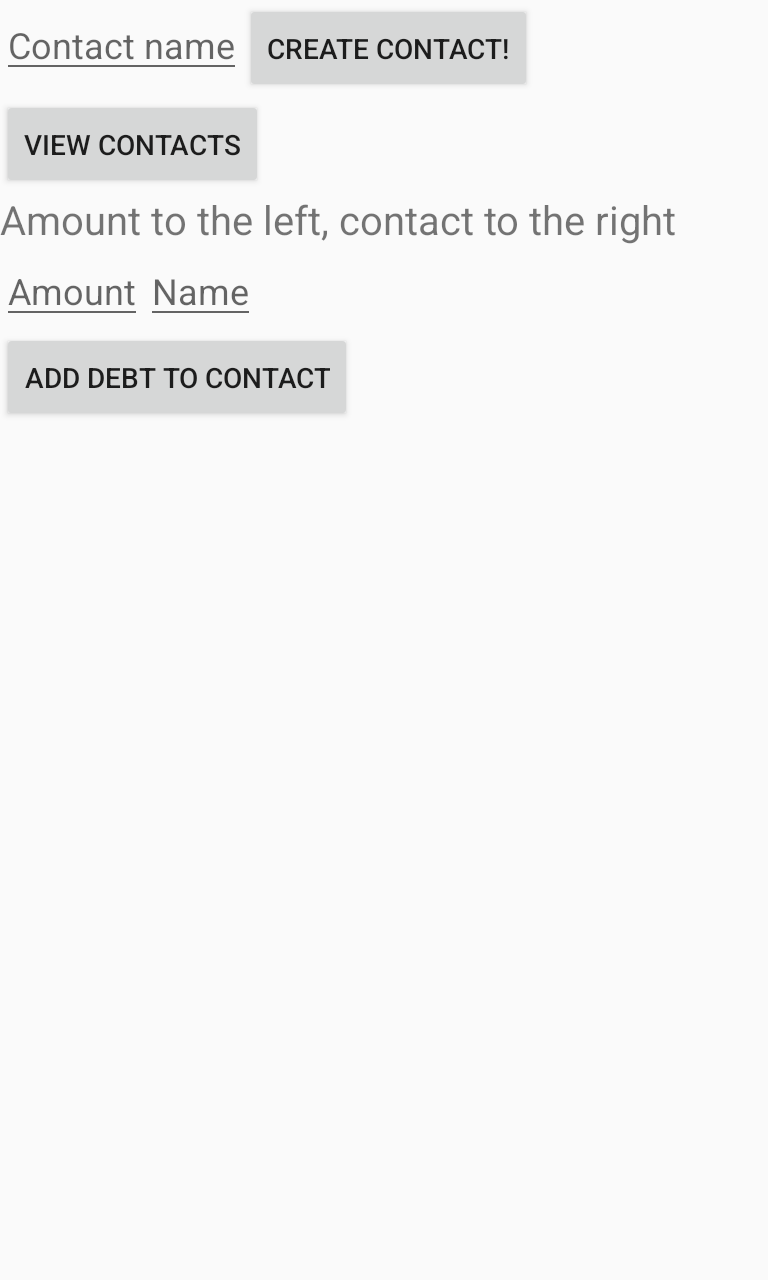
Repository: wisingd/Dajoroli
Layout: Workspace/SplitIt/res/layout/fragment_main.xml
An editor plug-in stored every save of this project. The layout is shown before and after the next save, followed by the edit.
It is drawn on a 768 x 1280 px phone screen (xhdpi) without system bars, with theme AppTheme; the app's code is not run.

Above is the layout before, as saved 2014-04-26 15:54:26.

### Workspace/SplitIt/res/layout/fragment_main.xml
<LinearLayout xmlns:android="http://schemas.android.com/apk/res/android"
    xmlns:tools="http://schemas.android.com/tools"
    android:layout_width="match_parent"
    android:layout_height="match_parent"
    android:orientation="vertical" >

    <LinearLayout
        android:layout_width="match_parent"
        android:layout_height="wrap_content"
        android:orientation="horizontal" >

        <EditText
            android:id="@+id/edit_message"
            android:layout_width="wrap_content"
            android:layout_height="wrap_content"
            android:hint="@string/edit_message" />

        <Button
            android:layout_width="wrap_content"
            android:layout_height="wrap_content"
            android:onClick="sendMessage"
            android:text="@string/button_send" />
    </LinearLayout>

    <Button
        android:layout_width="wrap_content"
        android:layout_height="wrap_content"
        android:onClick="viewContacts"
        android:text="@string/view_contacts" />

    <TextView
        android:layout_width="wrap_content"
        android:layout_height="wrap_content"
        android:text="@string/nytext"
        android:textSize="20" />

    <LinearLayout
        android:layout_width="wrap_content"
        android:layout_height="wrap_content"
        android:orientation="horizontal" >

        <EditText
            android:id="@+id/debt_amount"
            android:layout_width="wrap_content"
            android:layout_height="wrap_content"
            android:hint="@string/amount" />

        <EditText
            android:id="@+id/contact_name"
            android:layout_width="wrap_content"
            android:layout_height="wrap_content"
            android:hint="@string/contact" />
    </LinearLayout>

    <Button
        android:layout_width="wrap_content"
        android:layout_height="wrap_content"
        android:onClick="addDebt"
        android:text="@string/new_debt_button" />
        />


</LinearLayout>

### Workspace/SplitIt/res/values/strings.xml
<?xml version="1.0" encoding="utf-8"?>
<resources>

    <string name="app_name">Split It</string>
    <string name="action_settings">Settings</string>
    <string name="edit_message">Contact name</string>
    <string name="button_send">Create contact!</string>
    <string name="title_activity_display_message">New Activity</string>
    <string name="nytext">Amount to the left, contact to the right</string>
    <string name="view_contacts">View contacts</string>
    <string name="amount">Amount</string>
    <string name="contact">Name</string>
    <string name="new_debt_button">Add debt to contact</string>



</resources>

Loaded but not shown: Workspace/SplitIt/res/values/styles.xml (common file); Workspace/SplitIt/res/values-v11/styles.xml (common file); Workspace/SplitIt/res/values-v14/styles.xml (common file)

After the next save:
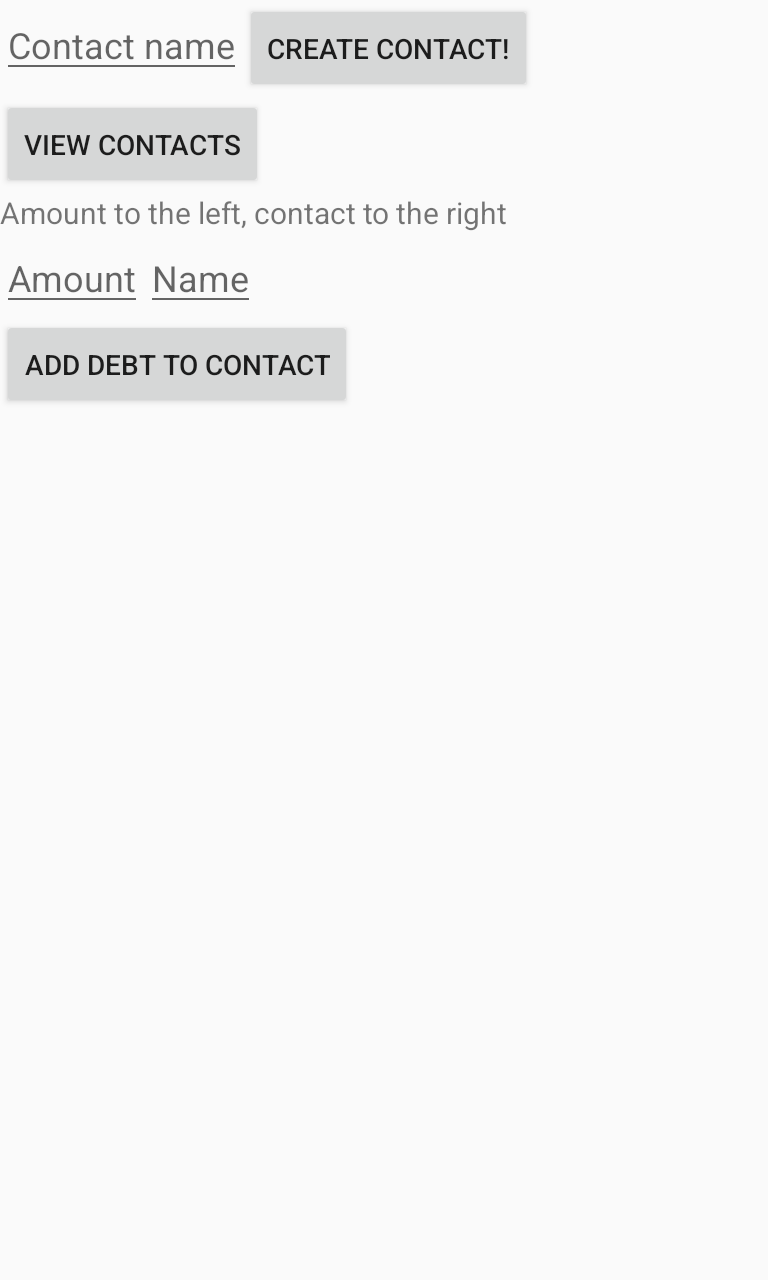
Saved 3 min 8 s later.
--- a/Workspace/SplitIt/res/layout/fragment_main.xml
+++ b/Workspace/SplitIt/res/layout/fragment_main.xml
@@ -32,7 +32,7 @@
         android:layout_width="wrap_content"
         android:layout_height="wrap_content"
         android:text="@string/nytext"
-        android:textSize="20" />
+        android:textSize="15sp" />
 
     <LinearLayout
         android:layout_width="wrap_content"
